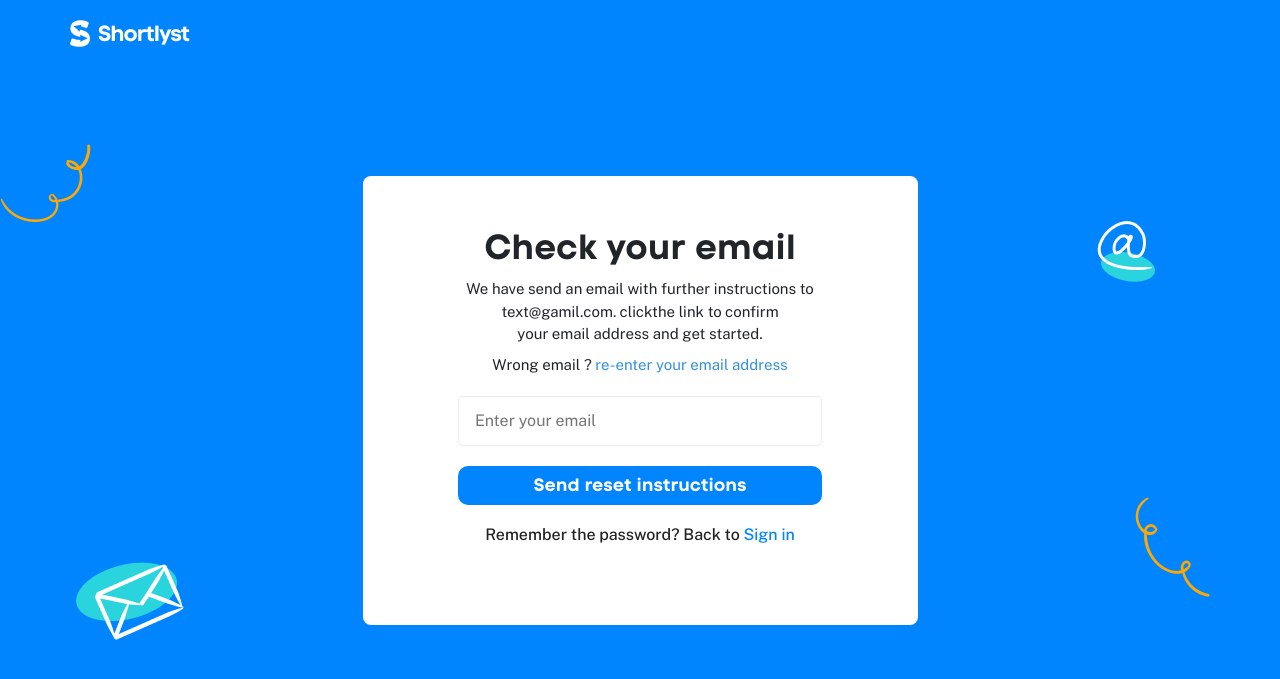
Repository: devtech92/shortlyst-vue
Page: /Checked-email
These files come from the project's save history. The page is drawn as it stood at one moment and after the next save; the edit follows.
The browser window is 1280 px wide. The pictures show the whole page.
Some web libraries are served in a nearby version. The project was rebuilt for these pictures with package versions that can differ from the ones it lists, and the page was loaded fresh each time. Also part of the build but not shown: vue.config.js, src/components/layouts/Navigation.vue, src/components/layouts/DefaultLayout.vue, src/views/Home.vue.

Above is the page before, as saved 2021-06-04 22:07:31.

After the next save:
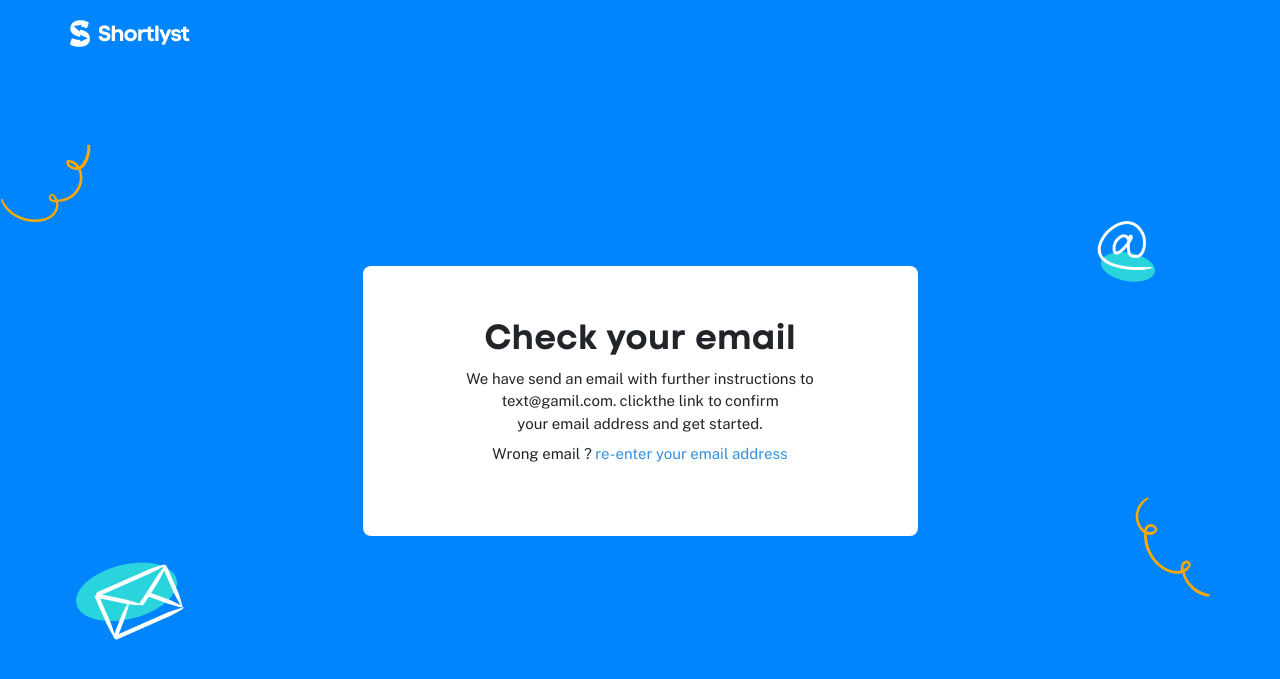
Saved 9 s later.
--- a/src/views/CheckedEmail.vue
+++ b/src/views/CheckedEmail.vue
@@ -35,28 +35,6 @@
                 <p>We have send an email with further instructions to <br/> text@gamil.com. clickthe link to confirm <br/> your email address and get started.</p>
                 <p class="mt-2">Wrong email ? <a href="">re-enter your email address</a></p>
               </div>
-              <form action="" class="contact-form">
-                <div class="forgot-pass">
-                  <div class="form-rows">
-                    <input
-                      type="email"
-                      class="general-field"
-                      placeholder="Enter your email"
-                    />
-                  </div>
-                  <div class="form-rows">
-                    <button class="btn btn-blue">
-                      Send reset instructions
-                    </button>
-                  </div>
-                  <div class="form-rows">
-                    <h6>
-                      Remember the password? Back to
-                      <router-link to="/login">Sign in</router-link>
-                    </h6>
-                  </div>
-                </div>
-              </form>
             </div>
           </div>
         </div>
